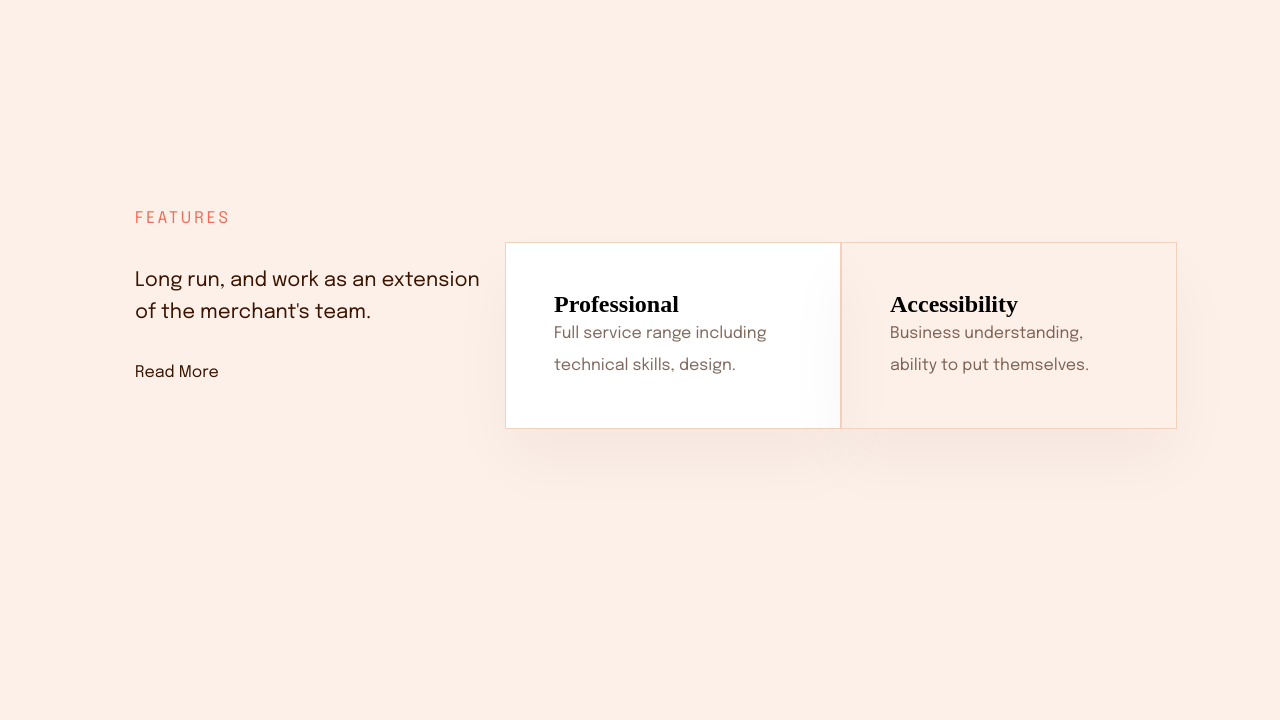
Repository: kubrazamanova/Project-7
Page: index.html
An editor plug-in stored every save of this project. The page is shown before and after the next save, followed by the edit.
The browser window is 1280 px wide. The pictures show the whole page.

Above is the page before, as saved 2023-09-23 10:40:32.

### index.html
<!DOCTYPE html>
<html lang="en">
  <head>
    <meta charset="UTF-8" />
    <meta name="viewport" content="width=device-width, initial-scale=1.0" />
    <link rel="stylesheet" href="index.css" />
    <title>Document</title>
  </head>
  <body>
    <div class="container">
      <div class="box">
        <h1>Features</h1>
        <p>Long run, and work as an extension of the merchant's team.</p>
        <a href="#">Read More</a>
      </div>

      <ul>
        <li >

          <div class="circle">

          </div>
            <h2>Professional</h2>
            <span>Full service range including technical skills, design.</span>

        </li>
        <li>

            <h2>Accessibility</h2>
            <span>Business understanding, ability to put themselves.</span>

        </li>
      </ul>
    </div>
  </body>
</html>

### index.css
@import url("https://fonts.googleapis.com/css2?family=Epilogue:wght@400;700&display=swap");
* {
  margin: 0;
  padding: 0;
  box-sizing: border-box;
}

.container {
  padding: 203px 182px 252px 135px;
  background: #fdf0e9;
  min-height: 100vh;
  display: flex;
  justify-content: space-between;
}

.container .box h1 {
  margin-bottom: 30px;
  color: var(--Text_Dark_Accent, #ef6d58);
  font-feature-settings: "clig" off, "liga" off;
  font-family: Epilogue;
  font-size: 16px;
  font-style: normal;
  font-weight: 400;
  line-height: 32px;
  letter-spacing: 3px;
  text-transform: uppercase;
}

.container .box p {
  width: 370px;
  color: var(--Text_Dark, #391400);
  font-feature-settings: "clig" off, "liga" off;
  font-family: Epilogue;
  font-size: 20px;
  font-style: normal;
  font-weight: 400;
  line-height: 32px;
}

.container .box a {
  margin-top: 28px;
  display: block;
  color: var(--Text_Dark, #391400);
  font-feature-settings: "clig" off, "liga" off;
  font-family: Epilogue;
  font-size: 16px;
  font-style: normal;
  font-weight: 400;
  line-height: 32px;
  text-decoration: none;
}
ul {
  /* padding: 0 134px; */
  display: flex;
  align-items: center;
}

ul li {
  list-style-type: none;
  border: 1px solid #f3d1bf;
  padding: 48px 48px 46px 48px;
  width: 336px;
  box-shadow: 0px 32px 64px 0px rgba(57, 20, 0, 0.04);
}
ul li .circle{

}
ul li:first-child {
  background-color: white;
}
ul li .container li h2 {
  color: var(--Text_Dark, #391400);
  font-feature-settings: "clig" off, "liga" off;
  font-family: Epilogue;
  font-size: 24px;
  font-style: normal;
  font-weight: 700;
  line-height: 32px;
}

.container li span {
  width: 240px;
  color: var(--Text_Dark_Gray, rgba(57, 20, 0, 0.64));
  font-feature-settings: "clig" off, "liga" off;
  font-family: Epilogue;
  font-size: 16px;
  font-style: normal;
  font-weight: 400;
  line-height: 32px;
}

.white-box {
  background-color: white;

  border-radius: 6px 6px 0px 6px;
}

.white-box .box-3 h2 {
  margin-top: 41px;
}

.white-box .box-3 span {
  margin-top: 19px;
}

After the next save:
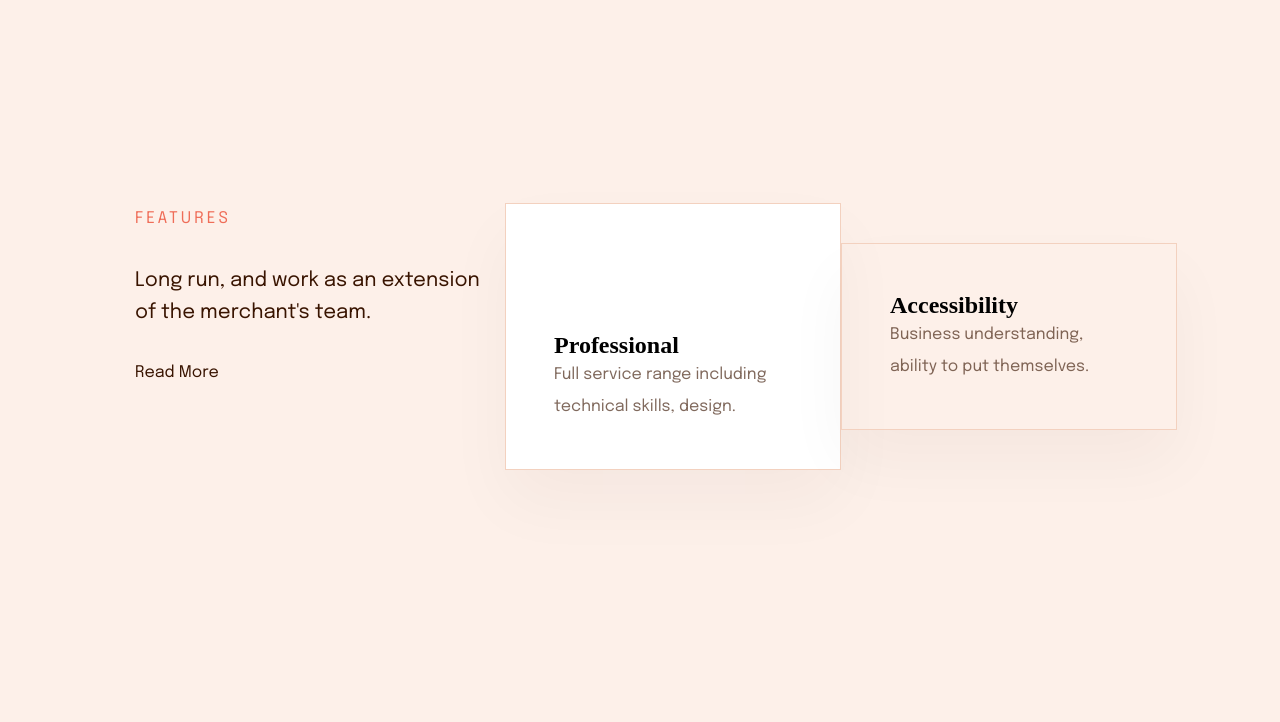
Saved 8 s later.
--- a/index.css
+++ b/index.css
@@ -63,7 +63,8 @@ ul li {
   box-shadow: 0px 32px 64px 0px rgba(57, 20, 0, 0.04);
 }
 ul li .circle{
-
+  width: 80px;
+height: 80px;
 }
 ul li:first-child {
   background-color: white;
